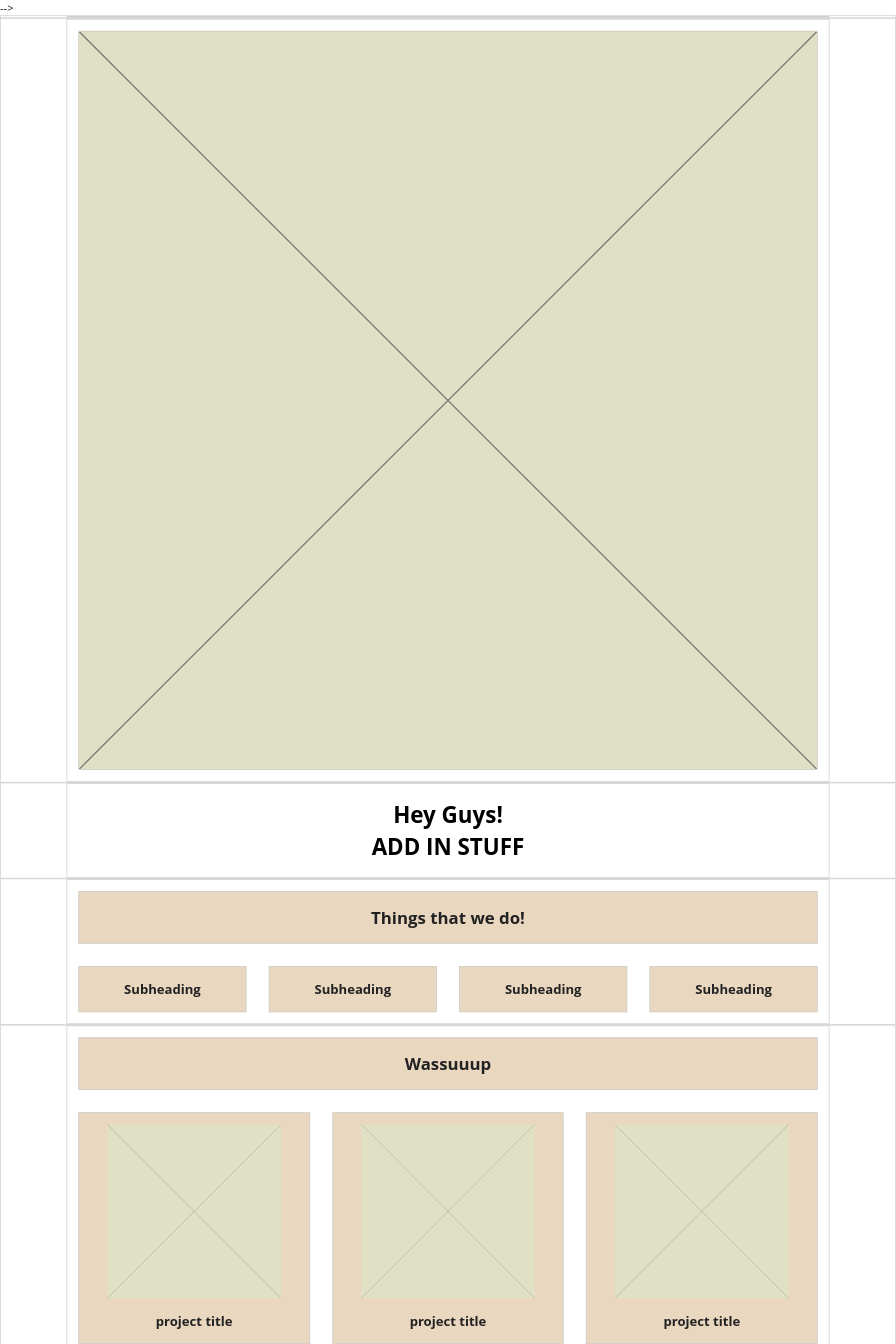
Repository: eilidhma/metrolics
Page: index.html
These files come from the project's save history. The page is drawn as it stood at one moment and after the next save; the edit follows.
The browser window is 1280 px wide. The pictures show the part of the page from y = 0 to 1920 px (the page is 3396 px tall before and 3373 px after), at 70% of full size.

Above is the page before, as saved 2021-02-02 17:39:43.

### index.html
<!doctype html>
<html class="no-js" lang="en">

<head>
  <meta charset="utf-8">
  <title>Metrolics</title>
  <meta name="description" content="">
  <meta name="viewport" content="width=device-width, initial-scale=1">

  <meta property="og:title" content="">
  <meta property="og:type" content="">
  <meta property="og:url" content="">
  <meta property="og:image" content="">

  <link rel="manifest" href="site.webmanifest">
  <link rel="apple-touch-icon" href="icon.png">
  <!-- Place favicon.ico in the root directory -->

  <link rel="stylesheet" href="css/normalize.css">
  <link rel="stylesheet" href="css/main.css">

  <meta name="theme-color" content="#fafafa">
</head>

<!--
<body class="page__home">
  <header class="page__header">
    <div class="page__title">
      <h1 class="large__headings">Metrolics</h1>
      <img src="" alt="metrolics__logo" class="header__icon">
    </div>
    <nav class="page__navigation">
      <ul class="navigation__section">
        <li class="navigation_items">
          <img src="" alt="home__icon" class="nav__icons">
          <p class="nav__titles">Home</p>
        </li>
        <li class="navigation_items">
          <img src="" alt="pages__icon" class="nav__icons">
          <p class="nav__titles">Pages</p>
        </li>
        <li class="navigation_items">
          <img src="" alt="blog__icon" class="nav__icons">
          <p class="nav__titles">Blog</p>
        </li>
        <li class="navigation_items">
          <img src="" alt="portfolio__icon" class="nav__icons">
          <p class="nav__titles">Portfolio</p>
        </li>
        <li class="navigation_items">
          <img src="" alt="mail__icon" class="nav__icons">
          <p class="nav__titles">Home</p>
        </li>
      </ul>
    </nav>
  </header>

  <section class="hero__section">
    <img src="" alt="hero__images">
    <ul class="hero__headings">
      <li>
        <div class="hero__headings__colour1"></div>
        <h2 class="medium__headings">Metro Style</h2>
      </li>
      <li>
        <div class="hero__headings__colour2"></div>
        <h2 class="medium__headings">Retina Ready</h2>
      </li>
      <li>
        <div class="hero__headings__colour3"></div>
        <h2 class="medium__headings">Responsive Design</h2>
      </li>
    </ul>
    <a class="prev" onclick="">
      <img src="" alt="previous button" class="prev__icon">
    </a>
    <a class="next" onclick="">
      <img src="" alt="next button" class="next__icon">
    </a>
  </section>

  <main class="page__main">
    <div class="page__intro">
      <div class="row">
        <h1 class="large__headings">Hey guys! This is the Metrolics theme. <br>
        It sports a responsive layout with a mobile layout.</h1>
      </div>
    </div>
    <section class="main__content__four__columns">
      <h2 class="medium__headings">Things That We Do</h2>
      <p class="main__text">Ask us what we can do for you</p>
      <div class="four__column__item">
        <img src="" alt="icon" class="four__column__icon">
        <h3 class="four__column__headers">Web Solutions</h3>
        <p class="main__text">"Lorem ipsum dolor sit amet, consectetur adipiscing elit, sed do eiusmod tempor incididunt ut labore et dolore magna aliqua. Ut enim ad minim veniam, quis nostrud exercitation ullamco laboris nisi ut aliquip ex ea commodo consequat."Lorem ipsum dolor sit amet, consectetur adipiscing elit, sed do eiusmod tempor incididunt ut labore et dolore magna aliqua. Ut enim ad minim veniam, quis nostrud exercitation ullamco laboris nisi ut aliquip ex ea commodo consequat.</p>
      </div>
      <div class="four__column__item">
        <img src="" alt="icon" class="four__column__icon">
        <h3 class="four__column__headers">Photography</h3>
        <p class="main__text">"Lorem ipsum dolor sit amet, consectetur adipiscing elit, sed do eiusmod tempor incididunt ut labore et dolore magna aliqua. Ut enim ad minim veniam, quis nostrud exercitation ullamco laboris nisi ut aliquip ex ea commodo consequat."Lorem ipsum dolor sit amet, consectetur adipiscing elit, sed do eiusmod tempor incididunt ut labore et dolore magna aliqua. Ut enim ad minim veniam, quis nostrud exercitation ullamco laboris nisi ut aliquip ex ea commodo consequat.</p>
      </div>
      <div class="four__column__item">
        <img src="" alt="icon" class="four__column__icon">
        <h3 class="four__column__headers">Web Development</h3>
        <p class="main__text">"Lorem ipsum dolor sit amet, consectetur adipiscing elit, sed do eiusmod tempor incididunt ut labore et dolore magna aliqua. Ut enim ad minim veniam, quis nostrud exercitation ullamco laboris nisi ut aliquip ex ea commodo consequat."Lorem ipsum dolor sit amet, consectetur adipiscing elit, sed do eiusmod tempor incididunt ut labore et dolore magna aliqua. Ut enim ad minim veniam, quis nostrud exercitation ullamco laboris nisi ut aliquip ex ea commodo consequat.</p>
      </div>
      <div class="four__column__item">
        <img src="" alt="icon" class="four__column__icon">
        <h3 class="four__column__headers">Web Design</h3>
        <p class="main__text">"Lorem ipsum dolor sit amet, consectetur adipiscing elit, sed do eiusmod tempor incididunt ut labore et dolore magna aliqua. Ut enim ad minim veniam, quis nostrud exercitation ullamco laboris nisi ut aliquip ex ea commodo consequat."Lorem ipsum dolor sit amet, consectetur adipiscing elit, sed do eiusmod tempor incididunt ut labore et dolore magna aliqua. Ut enim ad minim veniam, quis nostrud exercitation ullamco laboris nisi ut aliquip ex ea commodo consequat.</p>
      </div>
    </section>

    <h2 class="medium__headings">What's Up Lately?</h2>
    <p class="main__text">Read up on our latest work</p>

    <section class="main__content__three__columns">
      <div class="three__column__item">
        <img src="" alt="image" class="content__image">
        <div class="corner__content">
          <h3 class="three__column__headers">29</h3>
          <h6 class="subtext">Nov, 2013</h6>
        <div class="content__caption">
          <h3 class="content__title">Sample Image Post</h3>
          <p class="content__text">Photography</p>
        </div>
        </div>
      </div>
      <div class="three__column__item">
        <img src="" alt="image" class="content__image">
        <div class="corner__content">
          <h3 class="three__column__headers">29</h3>
          <h6 class="subtext">Nov, 2013</h6>
        </div>
        <div class="content__caption">
          <h3 class="content__title">Sample Image Post</h3>
          <p class="content__text">Photography</p>
        </div>
      </div>
      <div class="three__column__item">
        <img src="" alt="image" class="content__image">
        <div class="corner__content">
          <h3 class="three__column__headers">29</h3>
          <h6 class="subtext">Nov, 2013</h6>
        </div>
        <div class="content__caption">
          <h3 class="content__title">Sample Image Post</h3>
          <p class="content__text">Photography</p>
        </div>
      </div>
    </section>

   <hr>

    <h2 class="medium__headings">Our Latest Projects</h2>
    <p class="main__text">Client happy? We are happy</p>

    <section class="main__content__six__columns">
      <div class="six__column__item">
        <img src="" alt="image" class="content__image">
        <div class="content__caption">
          <h3 class="content__title">Sample Image Post</h3>
          <p class="content__text">Photography</p>
        </div>
      </div>
      <div class="six__column__item">
        <div class="content__caption">
          <h3 class="content__title">Sample Image Post</h3>
          <p class="content__text">Photography</p>
        </div>
      </div>
      <div class="six__column__item">
        <div class="content__caption">
          <h3 class="content__title">Sample Image Post</h3>
          <p class="content__text">Photography</p>
        </div>
      </div>
      <div class="six__column__item">
        <div class="content__caption">
          <h3 class="content__title">Sample Image Post</h3>
          <p class="content__text">Photography</p>
        </div>
      </div>
      <div class="six__column__item">
        <div class="content__caption">
          <h3 class="content__title">Sample Image Post</h3>
          <p class="content__text">Photography</p>
        </div>
      </div>
      <div class="six__column__item">
        <div class="content__caption">
          <h3 class="content__title">Sample Image Post</h3>
          <p class="content__text">Photography</p>
        </div>
      </div>
    </section>

    <h2 class="medium__headings">Thingsofabove</h2>
    <p class="main__text">Misc stuff we could not put anywhere else</p>

    <section class="detailed_content">
      <div class="menus">
        <details class="menus__items">
          <summary class="menu__titles">Sample Accordion Menu</summary>
          <img src="" alt="menu item icon" class="menu__icons">
          <h4 class="menu__content__titles">Web Solution</h4>
          <p class="menu__content__text">"Lorem ipsum dolor sit amet, consectetur adipiscing elit, sed do eiusmod tempor incididunt ut labore et dolore magna aliqua. Ut enim ad minim veniam, quis nostrud exercitation ullamco laboris nisi ut aliquip ex ea commodo consequat."Lorem ipsum dolor sit amet, consectetur adipiscing elit, sed do eiusmod tempor incididunt ut labore et dolore magna aliqua. Ut enim ad minim veniam, quis nostrud exercitation ullamco laboris nisi ut aliquip ex ea commodo consequat.</p>
        </details>
        <details class="menus__items">
          <summary class="menu__titles">Sample Accordion Menu 2</summary>
          <img src="" alt="menu item icon" class="menu__icons">
          <h4 class="menu__content__titles"></h4>
          <p class="menu__content__text"></p>
        </details>
        <details class="menus__items">
          <summary class="menu__titles">Sample Accordion Menu 3</summary>
          <img src="" alt="menu item icon" class="menu__icons">
          <h4 class="menu__content__titles"></h4>
          <p class="menu__content__text"></p>
        </details>
      </div>
      <div class="tabs">
        <nav class="tab__nav">
          <button class="tab__buttons" onclick="">Tab1</button>
          <button class="tab__buttons" onclick="">Tab2</button>
          <button class="tab__buttons" onclick="">Tab3</button>
        </nav>
        <div class="tab__content">
          <div class="tab__items">
            <img src="" alt="icon" class="tab__icons">
            <p class="tab__text">"Lorem ipsum dolor sit amet, consectetur adipiscing elit, sed do eiusmod tempor incididunt ut labore et dolore magna aliqua. Ut enim ad minim veniam, quis nostrud exercitation ullamco laboris nisi ut aliquip ex ea commodo consequat. </p>
          </div>
          <div class="tab__items">
            <img src="" alt="icon" class="tab__icons">
            <p class="tab__text">"Lorem ipsum dolor sit amet, consectetur adipiscing elit, sed do eiusmod tempor incididunt ut labore et dolore magna aliqua. Ut enim ad minim veniam, quis nostrud exercitation ullamco laboris nisi ut aliquip ex ea commodo consequat. </p>
          </div>
          <div class="tab__items">
            <img src="" alt="icon" class="tab__icons">
            <p class="tab__text">"Lorem ipsum dolor sit amet, consectetur adipiscing elit, sed do eiusmod tempor incididunt ut labore et dolore magna aliqua. Ut enim ad minim veniam, quis nostrud exercitation ullamco laboris nisi ut aliquip ex ea commodo consequat. </p>
          </div>
          <div class="tab__items">
            <img src="" alt="icon" class="tab__icons">
            <p class="tab__text">"Lorem ipsum dolor sit amet, consectetur adipiscing elit, sed do eiusmod tempor incididunt ut labore et dolore magna aliqua. Ut enim ad minim veniam, quis nostrud exercitation ullamco laboris nisi ut aliquip ex ea commodo consequat. </p>
          </div>
        </div>
      </div>
    <article class="brand_ads">
      <img src="" alt="image" class="brand__images">
      <img src="" alt="image" class="brand__images">
      <img src="" alt="image" class="brand__images">
      <img src="" alt="image" class="brand__images">
      <img src="" alt="image" class="brand__images">
    </article>
    </section>
  </main>

  <footer class="footer">
    <section class="footer__top">
      <img src="" alt="image" class="footer__top__image">
      <div>
        <h5 class="footer__top__title">Peewee Herman</h5>
        <p class="footer__top__text">Peewee has over 10 years experience in the industry. He is our Creative Director, digital designer, web designer and front-end developer. He is also pretty good with a sketch-book. Before starting the company Peewee worked as a designer and studio manager for a design house who boasted a number of big name clients.</p>
      </div>
    </section>

    <hr>

    <section class="footer__main">
      <div class="footer__main__content">
        <h3 class="content__title">About Us</h3>
        <hr>
        <p class="footer__text"></p>
        <div class="footer__icons__container">
          <img src="" alt="icon" class="footer__icons">
          <img src="" alt="icon" class="footer__icons">
          <img src="" alt="icon" class="footer__icons">
          <img src="" alt="icon" class="footer__icons">
          <img src="" alt="icon" class="footer__icons">
        </div>
      </div>
      <div class="footer__main__content">
        <h3 class="content__title">Flickr Photos</h3>
        <hr>
        <div class="footer__images__container">
          <img src="" alt="image" class="footer__images">
          <img src="" alt="image" class="footer__images">
          <img src="" alt="image" class="footer__images">
          <img src="" alt="image" class="footer__images">
          <img src="" alt="image" class="footer__images">
          <img src="" alt="image" class="footer__images">
        </div>
      </div>
      <div class="footer__main__content">
        <h3 class="content__title">Recent Tweets</h3>
        <hr>
        <div class="footer__sub__content">
          <img src="" alt="icon" class="footer__sub__content__icons">
          <p class="footer__text"></p>
        </div>
      </div>
      <div class="footer__main__content">
        <h3 class="content__title">Newsletter</h3>
        <hr>
        <p class="footer__text"></p>
        <div class="email">
          <input type="email" class="email__input">
          <button class="email__send"></button>
        </div>
      </div>
    </section>

    <section class="footer__bottom">
      <div class="footer__bottom__item"></div>
      <div class="footer__bottom__item"></div>
      <div class="footer__bottom__item"></div>
      <div class="footer__bottom__item"></div>
      <div class="footer__bottom__item"></div>
    </section>
  </footer> -->

  <!-- <script src="js/vendor/modernizr-3.11.2.min.js"></script>
  <script src="js/plugins.js"></script>
  <script src="js/main.js"></script>

  <!-- Google Analytics: change UA-XXXXX-Y to be your site's ID. -->
  <!-- <script>
    window.ga = function () { ga.q.push(arguments) }; ga.q = []; ga.l = +new Date;
    ga('create', 'UA-XXXXX-Y', 'auto'); ga('set', 'anonymizeIp', true); ga('set', 'transport', 'beacon'); ga('send', 'pageview')
  </script>
  <script src="https://www.google-analytics.com/analytics.js" async></script>
</body> --> -->

<body class="page page-home">
  <header class="page__header">
    <div class="row"></div>
  </header>

  <div class="page__slider">
    <div class="row">
      <div class="column">
        <img src="img/placeholder.svg" alt="slider placeholder">
      </div>
    </div>
  </div>

  <div class="page__intro">
    <div class="row">
      <h1 class="heading">
      Hey Guys! <br>
      ADD IN STUFF
      </h1>
    </div>
  </div>

  <section class="about">
    <div class="row l-col-4">
      <div class="column span-full">
        <h2 class="heading">
          Things that we do!
        </h2>
      </div>
      <div class="column">
        <h3 class="heading">Subheading</h3>
      </div>
      <div class="column">
        <h3 class="heading">Subheading</h3>
      </div>
      <div class="column">
        <h3 class="heading">Subheading</h3>
      </div>
      <div class="column">
        <h3 class="heading">Subheading</h3>
      </div>
    </div>
  </section>

  <section class="projects--new">
    <div class="row m-col-2 l-col-3">
      <div class="column span-full">
        <h2 class="heading">
          Wassuuup
        </h2>
      </div>
      <div class="column">
        <figure class="project">
          <img src="img/placeholder.svg" alt="placeholder">
          <figcaption class="project__caption">
            <h3 class="heading">project title</h3>
          </figcaption>
        </figure>
      </div>
      <div class="column">
        <figure class="project">
          <img src="img/placeholder.svg" alt="placeholder">
          <figcaption class="project__caption">
            <h3 class="heading">project title</h3>
          </figcaption>
        </figure>
      </div>
      <div class="column">
        <figure class="project">
          <img src="img/placeholder.svg" alt="placeholder">
          <figcaption class="project__caption">
            <h3 class="heading">project title</h3>
          </figcaption>
        </figure>
      </div> <!-- project column ends here -->
    </div>
  </section> <!-- projects-new ends here -->

  <section class="projects">
    <div class="row m-col-2 l-col-3">
      <div class="column span-full">
        <h2 class="heading">
          Wassuuup
        </h2>
      </div>
      <div class="column">
        <figure class="project">
          <img src="img/placeholder.svg" alt="placeholder">
          <figcaption class="project__caption">
            <h3 class="heading">project title</h3>
          </figcaption>
        </figure>
      </div>
      <div class="column">
        <figure class="project">
          <img src="img/placeholder.svg" alt="placeholder">
          <figcaption class="project__caption">
            <h3 class="heading">project title</h3>
          </figcaption>
        </figure>
      </div>
      <div class="column">
        <figure class="project">
          <img src="img/placeholder.svg" alt="placeholder">
          <figcaption class="project__caption">
            <h3 class="heading">project title</h3>
          </figcaption>
        </figure>
      </div>
      <div class="column">
        <figure class="project">
          <img src="img/placeholder.svg" alt="placeholder">
          <figcaption class="project__caption">
            <h3 class="heading">project title</h3>
          </figcaption>
        </figure>
      </div>
      <div class="column">
        <figure class="project">
          <img src="img/placeholder.svg" alt="placeholder">
          <figcaption class="project__caption">
            <h3 class="heading">project title</h3>
          </figcaption>
        </figure>
      </div>
      <div class="column">
        <figure class="project">
          <img src="img/placeholder.svg" alt="placeholder">
          <figcaption class="project__caption">
            <h3 class="heading">project title</h3>
          </figcaption>
        </figure>
      </div>
    </div>
  </section> <!-- projects-new ends here -->

  <section class="thingsofabove">
    <div class="row l-col-2">
      <div class="column span-full">
        <h2 class="heading">
          Things of above
        </h2>
      </div>
      <div class="column">
        <p>GUI element here</p>
      </div>
      <div class="column">
        <p>GUI element here</p>
      </div>
    </div>
  </section>

  <div class="sponsors">
    <div class="row m-col-5">
      <div class="column">
        <img src="img/placeholder.svg" alt="sponsor placeholder">
      </div>
      <div class="column">
        <img src="img/placeholder.svg" alt="sponsor placeholder">
      </div>
      <div class="column">
        <img src="img/placeholder.svg" alt="sponsor placeholder">
      </div>
      <div class="column">
        <img src="img/placeholder.svg" alt="sponsor placeholder">
      </div>
      <div class="column">
        <img src="img/placeholder.svg" alt="sponsor placeholder">
      </div>
    </div>
  </div>

  <footer class="page__footer">
    <div class="row m-col-2 l-col-4">
      <div class="page__footer__intro column span-full">
        <h3 class="heading">
          Peeww Herman intro
        </h3>
      </div>
      <div class="column">
        <h4 class="heading">
          footer subheading
        </h4>
      </div>
      <div class="column">
        <h4 class="heading">
          footer subheading
        </h4>
      </div>
      <div class="column">
        <h4 class="heading">
          footer subheading
        </h4>
      </div>
      <div class="column">
        <h4 class="heading">
          footer subheading
        </h4>
      </div>
    </div>
  </footer>

  <script src="js/vendor/modernizr-3.11.2.min.js"></script>
  <script src="js/plugins.js"></script>
  <script src="js/main.js"></script>

  <!-- Google Analytics: change UA-XXXXX-Y to be your site's ID. -->
  <script>
    window.ga = function () { ga.q.push(arguments) }; ga.q = []; ga.l = +new Date;
    ga('create', 'UA-XXXXX-Y', 'auto'); ga('set', 'anonymizeIp', true); ga('set', 'transport', 'beacon'); ga('send', 'pageview')
  </script>
  <script src="https://www.google-analytics.com/analytics.js" async></script>

</body>


</html>

Loaded but not shown: css/normalize.css (library); js/vendor/modernizr-3.11.2.min.js (library); js/plugins.js (24 lines, source omitted); css/main.css (355 lines, source omitted); js/main.js (no copy from this time; the picture is the same without it)

After the next save:
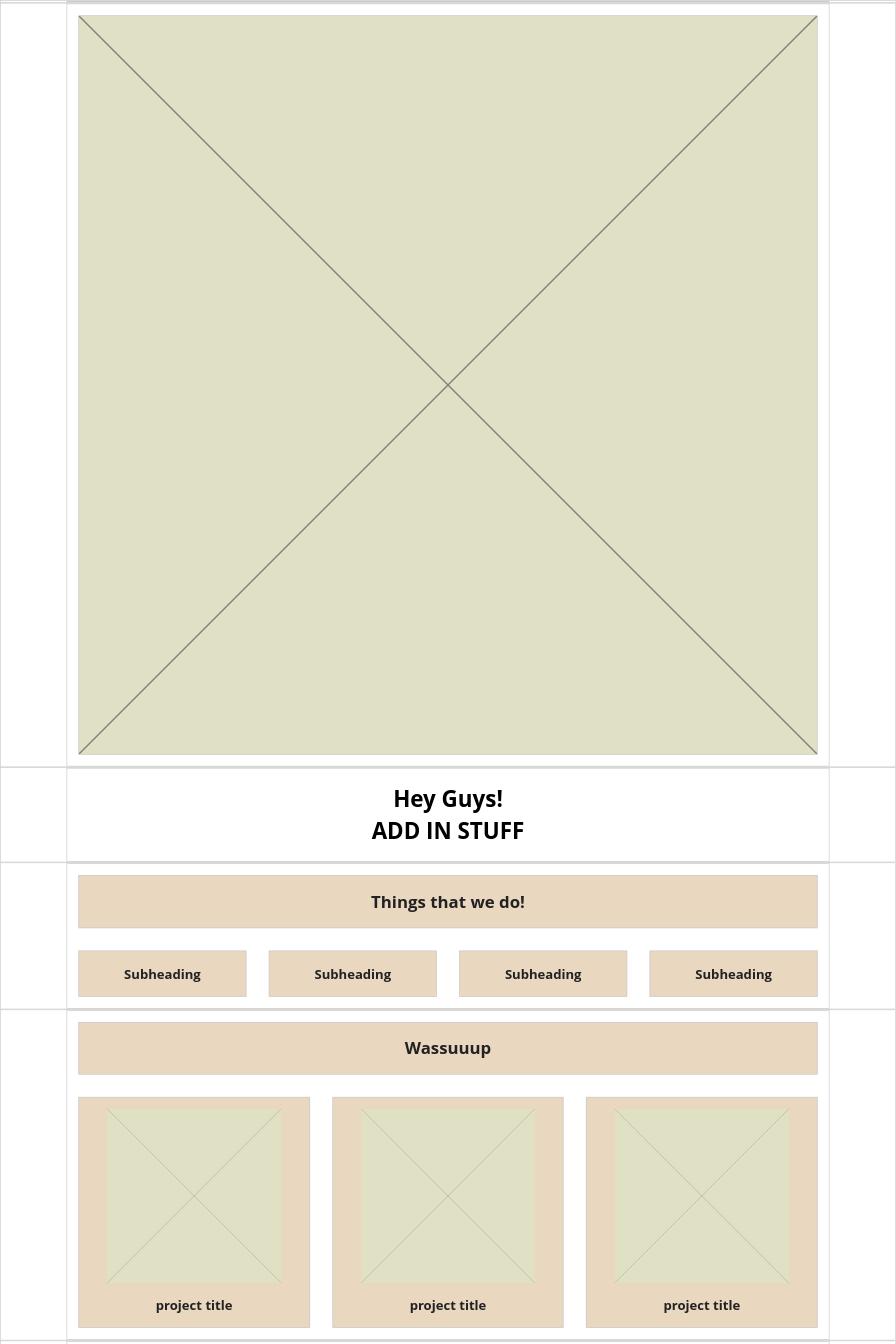
Saved 83 s later.
--- a/index.html
+++ b/index.html
@@ -328,7 +328,7 @@
     ga('create', 'UA-XXXXX-Y', 'auto'); ga('set', 'anonymizeIp', true); ga('set', 'transport', 'beacon'); ga('send', 'pageview')
   </script>
   <script src="https://www.google-analytics.com/analytics.js" async></script>
-</body> --> -->
+</body> -->
 
 <body class="page page-home">
   <header class="page__header">
